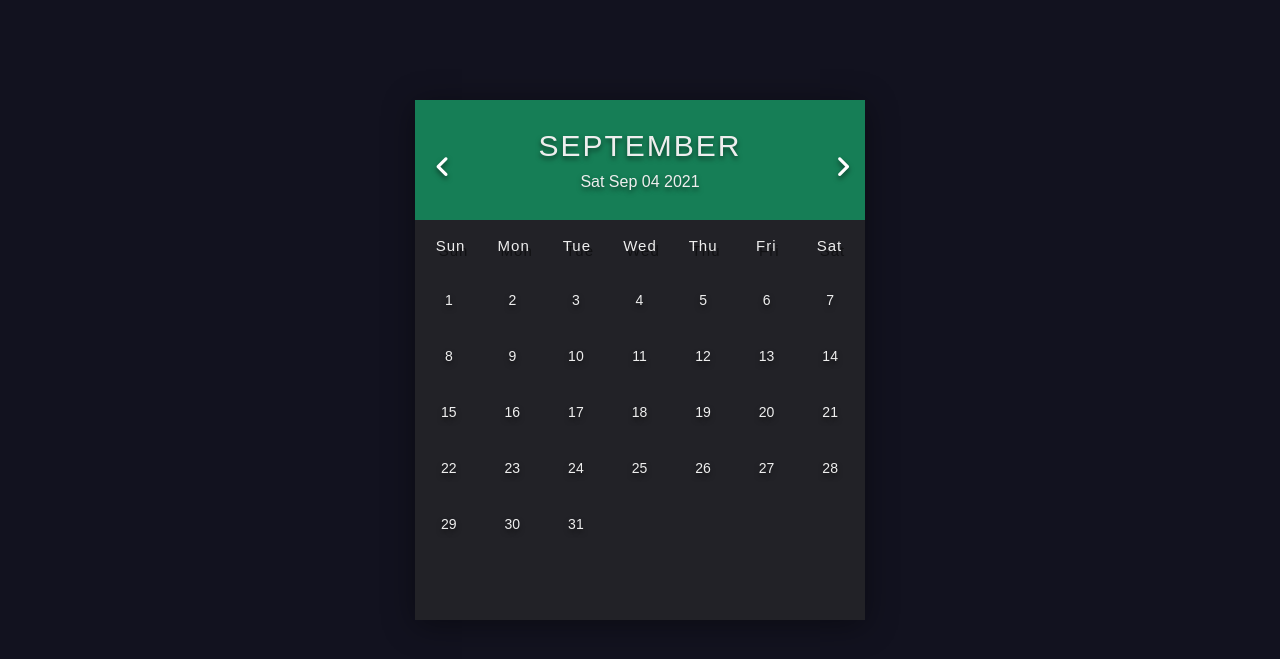
Repository: dboinska/calendar
Page: index.html
These files come from the project's save history. The page is drawn as it stood at one moment and after the next save; the edit follows.
The browser window is 1280 px wide. The pictures show the whole page.
Some web libraries are served in a nearby version.

Above is the page before, as saved 2021-09-06 05:42:34.

### index.html
<!DOCTYPE html>
<html lang="en">
  <head>
    <meta charset="UTF-8" />
    <meta http-equiv="X-UA-Compatible" content="IE=edge" />
    <meta name="viewport" content="width=device-width, initial-scale=1.0" />
    <title>Calendar</title>
    <script
      src="https://kit.fontawesome.com/5567926149.js"
      crossorigin="anonymous"
    ></script>
    <link rel="stylesheet" href="style.css" />
  </head>
  <body>
    <div class="container">
      <div class="calendar">
        <div class="month">
          <i class="fas fa-angle-left prev"></i>
          <div class="date">
            <h1></h1>
            <p></p>
          </div>
          <i class="fas fa-angle-right next"></i>
        </div>
        <div class="weekdays">
          <div>Sun</div>
          <div>Mon</div>
          <div>Tue</div>
          <div>Wed</div>
          <div>Thu</div>
          <div>Fri</div>
          <div>Sat</div>
        </div>
        <div class="days"></div>
      </div>
    </div>
    <script src="script.js"></script>
  </body>
</html>

### style.css
* {
  margin: 0;
  padding: 0;
  box-sizing: border-box;
  font-family: "Quicksand", sans-serif;
}

html {
  font-size: 62.5%;
}

.container {
  width: 100%;
  height: 100vh;
  background-color: #12121f;
  color: #eee;
  display: flex;
  justify-content: center;
  align-items: center;
}

.calendar {
  width: 45rem;
  height: 52rem;
  background-color: #222227;
  box-shadow: 0 0.5rem 3rem rgba(0, 0, 0, 0.4);
}

.fas {
  height: 10px;
  width: 10px;
  color: white;
}

.month {
  width: 100%;
  height: 12rem;
  background-color: #167e56;
  display: flex;
  justify-content: space-between;
  align-items: center;
  padding: 0 2rem;
  text-align: center;
  text-shadow: 0 0.3rem 0.5rem rgba(0, 0, 0, 0.5);
}

.month i {
  font-size: 2.5rem;
  cursor: pointer;
}

.month h1 {
  font-size: 3rem;
  font-weight: 400;
  text-transform: uppercase;
  letter-spacing: 0.2rem;
  margin-bottom: 1rem;
}

.month p {
  font-size: 1.6rem;
}

.weekdays {
  width: 100%;
  height: 5rem;
  padding: 0 0.4rem;
  display: flex;
  align-items: center;
}

.weekdays div {
  font-size: 1.5rem;
  font-weight: 400;
  letter-spacing: 0.1rem;
  width: calc(44.2rem / 7);
  display: flex;
  justify-content: center;
  align-items: center;
  text-shadow: 0.3rem 0.5rem rgba(0, 0, 0, 0.5);
}

.days {
  width: 100%;
  display: flex;
  flex-wrap: wrap;
  padding: 0.2rem;
}

.days div {
  font-size: 1.4rem;
  margin: 0.3rem;
  width: calc(40.3rem / 7);
  height: 5rem;
  display: flex;
  justify-content: center;
  align-items: center;
  text-shadow: 0 0.3rem 0.5rem rgba(0, 0, 0, 0.5);
  transition: background-color 0.2s;
}

.days div:hover:not(.today) {
  background-color: #262626;
  border: 2rem solid #777;
  cursor: pointer;
}

.prev-date,
.next-date {
  opacity: 0.5;
}

.today {
  background-color: #167e56;
}

### script.js
const date = new Date();
// const month = date.getMonth();
// console.log(month);
const monthDays = document.querySelector(".days");

const months = [
  "January",
  "February",
  "March",
  "April",
  "May",
  "June",
  "July",
  "August",
  "September",
  "October",
  "November",
  "December",
];

document.querySelector(".date h1").innerHTML = months[date.getMonth()];

document.querySelector(".date p").innerHTML = date.toDateString();

let days = "";
for (let i = 1; i <= 31; i++) {
  days += `<div>${i}</div>`;
  monthDays.innerHTML = days;
}

After the next save:
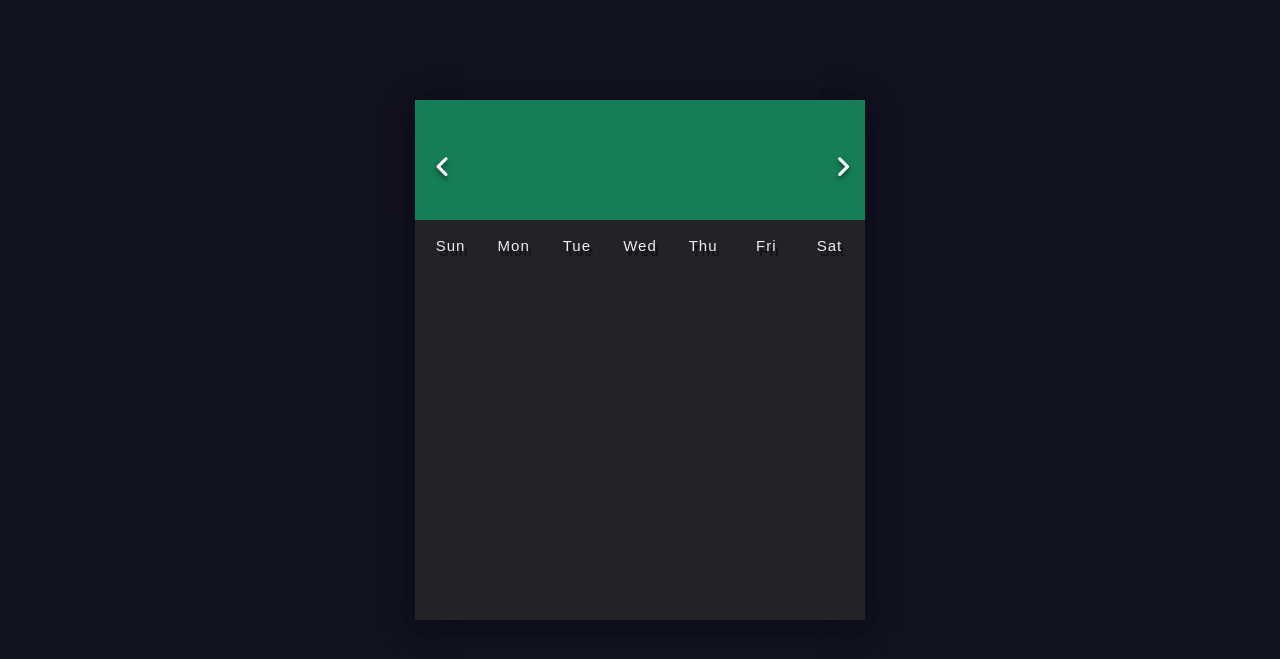
Console error: ReferenceError: getMonth is not defined
Saved 2 min 18 s later.
--- a/script.js
+++ b/script.js
@@ -2,7 +2,8 @@
 // const month = date.getMonth();
 // console.log(month);
 const monthDays = document.querySelector(".days");
-
+const lastDay = new Date(date.getFullYear(), getMonth(), 1);
+console.log(lastDay);
 const months = [
   "January",
   "February",

After the save that followed:
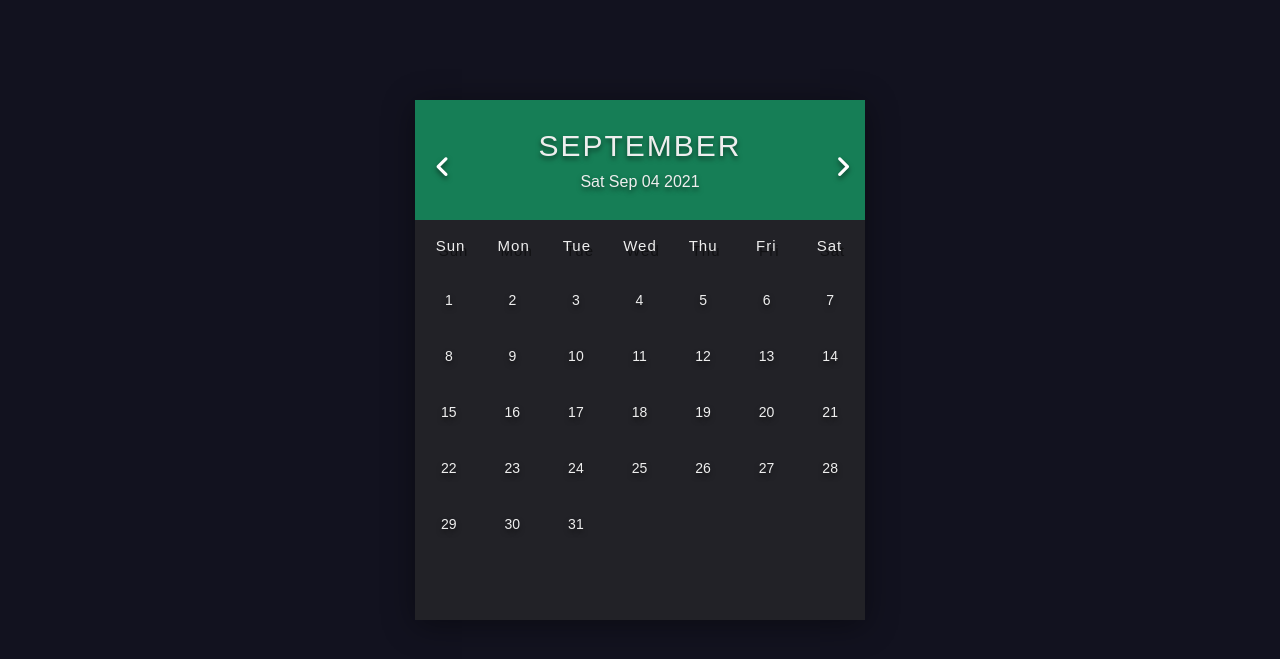
The error is gone.
Saved 22 s later.
--- a/script.js
+++ b/script.js
@@ -2,7 +2,7 @@
 // const month = date.getMonth();
 // console.log(month);
 const monthDays = document.querySelector(".days");
-const lastDay = new Date(date.getFullYear(), getMonth(), 1);
+const lastDay = new Date(date.getFullYear(), date.getMonth(), 1);
 console.log(lastDay);
 const months = [
   "January",
